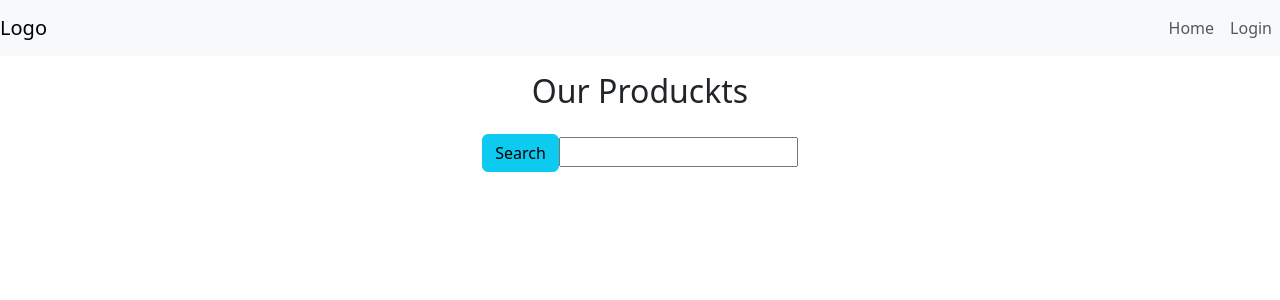
Repository: Aref19/eshop_frontEnd
Page: /
An editor plug-in stored every save of this project. The page is shown before and after a run of saves, followed by the edit.
The browser window is 1280 px wide. The pictures show the whole page.
The page's requests for data from a server got no answer. The project was rebuilt for these pictures with package versions that can differ from the ones it lists, and the page was loaded fresh each time. No one was signed in, and anything a server would have sent is missing. Also part of the build but not shown: src/component/Login.js, src/component/UserSignIn.js, src/component/ProviderSignIn.js, src/component/CardProduckt.js.

Above is the page before, as saved 2023-02-28 08:06:33.

### src/index.js
import React from 'react';
import './index.css';
import App from './App';
import reportWebVitals from './reportWebVitals';
import ReactDOM from "react-dom/client";
import {BrowserRouter} from "react-router-dom"

import  'bootstrap/dist/js/bootstrap.min.js'
import 'bootstrap/dist/css/bootstrap.min.css'


const root = ReactDOM.createRoot(document.getElementById('root'));
root.render(
  <React.StrictMode>
    <BrowserRouter>
    <App />
    </BrowserRouter>

  </React.StrictMode>
);
// If you want to start measuring performance in your app, pass a function
// to log results (for example: reportWebVitals(console.log))
// or send to an analytics endpoint. Learn more: https://bit.ly/CRA-vitals
reportWebVitals();

### src/App.js
import './App.css';
import Login from './component/Login'
import UserSignIn from './component/UserSignIn'
import ProviderSign from './component/ProviderSignIn'
import ReactDOM from "react-dom/client";
import Navbar from "./component/Navbar"
import { Route, Routes } from "react-router-dom"
import Home from "./component/Home"
import {
  createBrowserRouter,
  RouterProvider,
} from "react-router-dom";



const AppLayout = () => (
  <>
    <Navbar />
  </>
);



function App() {
  return (
    <div className="App">
      <Navbar />
      <Routes>
        <Route path="/"
          element={
            <>
              <Home />

            </>
          }
        />
        <Route path="/Login"
          element={
            <>
              <Login />

            </>
          }
        />



      </Routes>
    </div>
  );
}

export default App;

### src/component/Navbar.js
import { Link } from "react-router-dom"

function Navbar() {

    return (
        <>
            <nav className="navbar navbar-expand-lg navbar-light bg-light">
                <Link className="navbar-brand" >Logo</Link>
                <button className="navbar-toggler" type="button" data-toggle="collapse" data-target="#navbarSupportedContent" aria-controls="navbarSupportedContent" aria-expanded="false" aria-label="Toggle navigation">
                    <span className="navbar-toggler-icon"></span>
                </button>

                <div className="collapse navbar-collapse" id="navbarSupportedContent">
                    <ul className="navbar-nav ms-auto">
                        <li className="nav-item active">
                            <Link className="nav-link" to="/">Home </Link>
                        </li>
                        <li className="nav-item">
                            <Link className="nav-link" to="/Login">Login </Link>
                        </li>

                    </ul>
                </div>
            </nav>
        </>
    )
}

export default Navbar;

### src/component/Home.js
import { useEffect, useState } from "react";
import CardProduckt from "./CardProduckt"


function Home() {
  const [produckts, setProduckts] = useState([]);
  const apiUrl = "http://localhost:8182/endUser/getAllItem";

  const getProduckts = () => {
    fetch(apiUrl).then((data) => data.json()).then((data) => setProduckts(data))
  }


  useEffect(() => {
    getProduckts();
  }, [])

  return (
    <>

      <h2 className="text-center p-3">Our Produckts</h2>
      <div className="container">

          <button className="btn btn-info">Search</button>
          <input type={"text"} />

      </div>



          <div className="container">
            <div className="row">
              {
                produckts.map((p) => {
                  return (
                    <div className="col-3" key={p.id}>
                      <CardProduckt data={p} />
                    </div>
                  )
                })

              }
            </div>

          </div>

        </>
        )

}

 export default Home;

### src/css/Login.css
body{
    margin: 0;
    padding: 0;
    font-family: montserrat ;
    background-color: lightseagreen;
    height: 100vh;
    overflow: hidden;

}

.center
{
    position: absolute;
    top: 50%;
    left: 50%;
    transform: translate(-50%,-50%);
    width: 400px;
    background-color: white;
    border-radius: 10px;


}

.center h1{
    text-align: center;
    padding: 0 0 20px 0;
    border-bottom: 1px solid silver;
}

.center form{
    padding: 0 40px;
    box-sizing: border-box;
}

form .txt_field{
    position: relative;
    border-bottom: 2px solid #adadad;
    margin: 30px;
}

.txt_field input{
    width: 100%;
    padding: 0 5px;
    height: 40px;
    font-size: 16px ;
    border: none;
    background: none;
    outline: none;
}

.txt_field label{
    position: absolute;
    top: 50%;
    left: 5px;
    color: #adadad;
    transform: translateY(-50%);
    font-size: 16px;
    pointer-events: none;

}

.txt_field span::before{
    content: '';
    position: absolute;
    top: 40px;
    left: 0;
    width: 0%;
    height: 2px;
    background: #2691d9;
    transition: .5s;
}

.txt_field input:focus ~ label,
.txt_field input:valid ~ label{
    top: -5px;
    color: #2691d9;
}

.txt_field input:focus ~ span,
.txt_field input:valid ~ span{
    width: 100%;
}

input[type="submit"]{
    width: 100%;
    height: 50px;
    border: 1px solid;
    border-radius: 25px;
    font-size: 18px;
    font-weight: 700;
    cursor: pointer;
    outline: none;
    margin-bottom: 10px;


}
input[type="submit"]:hover{
    border-color: #2691d9;
    transition: .5s;
}

.provider{
 text-align: left;
 padding-bottom: 10px;
}

Loaded but not shown: public/index.html (common file); src/index.css (common file); src/reportWebVitals.js (common file); src/App.css (common file)

After the next 2 saves:
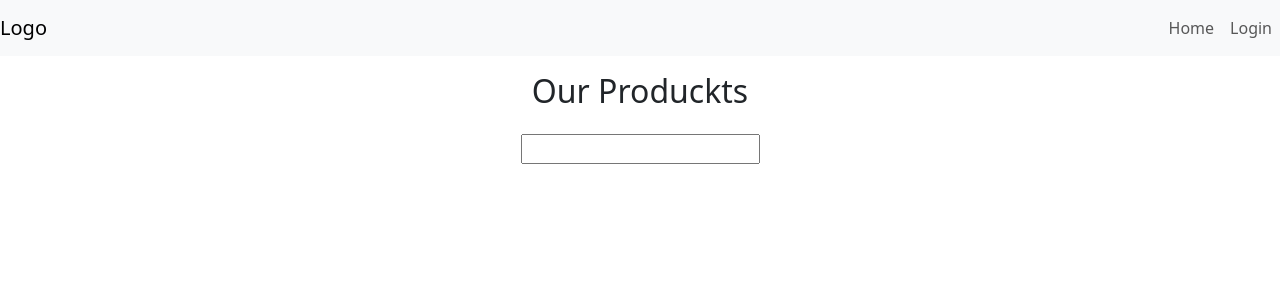
The 2 saves are shown as one change because they came seconds apart.
The last was saved 8 min 9 s later.
--- a/src/component/Home.js
+++ b/src/component/Home.js
@@ -21,8 +21,8 @@ function Home() {
       <h2 className="text-center p-3">Our Produckts</h2>
       <div className="container">
 
-          <button className="btn btn-info">Search</button>
-          <input type={"text"} />
+
+          <input type={"text"}  oncC/>
 
       </div>
 
